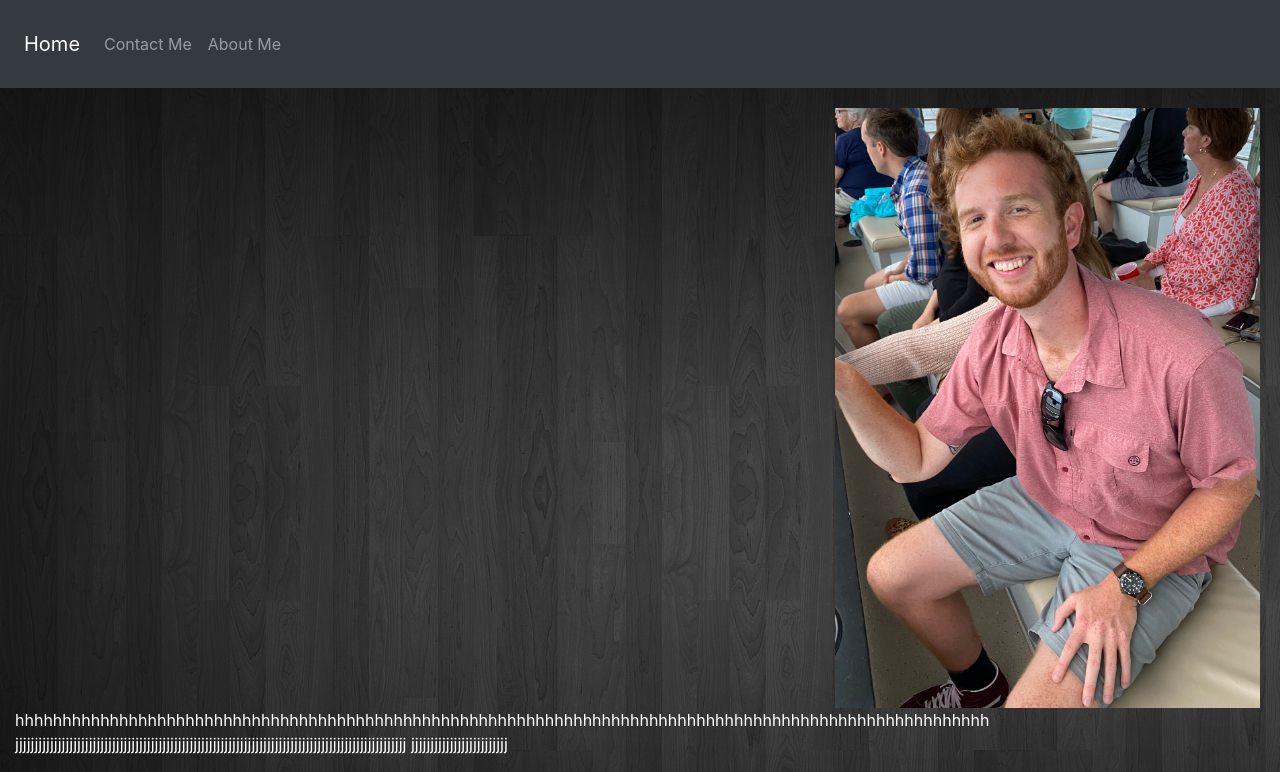
Repository: dupbd/portfolioWebPage
Page: BensSite/src/main/resources/static/aboutMe.html
An editor plug-in stored every save of this project. The page is shown before and after the next save, followed by the edit.
The browser window is 1280 px wide. The pictures show the whole page.

Above is the page before, as saved 2021-02-04 01:32:07.

### BensSite/src/main/resources/static/aboutMe.html
<!DOCTYPE html>
<html>
<head>
	<title>Ben Dupont</title>
	<link rel="stylesheet" href="style.css">
	<link rel="stylesheet" href="https://cdn.jsdelivr.net/npm/bootstrap@4.5.3/dist/css/bootstrap.min.css" integrity="sha384-TX8t27EcRE3e/ihU7zmQxVncDAy5uIKz4rEkgIXeMed4M0jlfIDPvg6uqKI2xXr2" crossorigin="anonymous">
</head>
<body>

	<nav class="navbar navbar-expand-lg navbar-dark bg-dark p-4">
  <button class="navbar-toggler" type="button" data-toggle="collapse" data-target="#navbarTogglerDemo03" aria-controls="navbarTogglerDemo03" aria-expanded="false" aria-label="Toggle navigation">
    <span class="navbar-toggler-icon"></span>
  </button>
  <a class="navbar-brand" href="index.html">Home</a>

  <div class="collapse navbar-collapse" id="navbarTogglerDemo03">
    <ul class="navbar-nav mr-auto mt-2 mt-lg-0">
      <li class="nav-item">
        <a class="nav-link" href="contact.html">Contact Me<span class="sr-only">(current)</span></a>
      </li>
      <li class="nav-item">
        <a class="nav-link" href="aboutMe.html">About Me</a>
      </li>
    </ul>
  </div>
</nav>

<img class="me" src="me.jpeg" alt="It's Me" width="425" height="600" style="margin-right:20px; margin-top:20px; float:right;">

<p class="aboutme"><br><br><br>hhhhhhhhhhhhhhhhhhhhhhhhhhhhhhhhhhhhhhhhhhhhhhhhhhhhhhhhhhhhhhhhhhhhhhhhhhhhhhhhhhhhhhhhhhhhhhhhhhhhhhh
jjjjjjjjjjjjjjjjjjjjjjjjjjjjjjjjjjjjjjjjjjjjjjjjjjjjjjjjjjjjjjjjjjjjjjjjjjjjjjjjjjjjjjjjjjjjjjjjjjjjj
jjjjjjjjjjjjjjjjjjjjjjjjj</p>


</body>

</html>

### BensSite/src/main/resources/static/style.css
#resume {
	 display: block;
  margin-left: auto;
  margin-right: auto;

}
.card {
	margin-left: 100px;
	margin-top: 0px;
	margin-bottom: 50px;

	}


body {
	background-image: url("background.jpg") !important;
	overflow: auto;
	}

.jumbotron {
	background: none !important;
	margin-bottom: 0px !important;
	}

.lead {
	color: lightgrey;
	}

.display-4 {
	color: white;
	}

.aboutme {
	color: white;
	margin-left: 15px;
	}

After the next save:
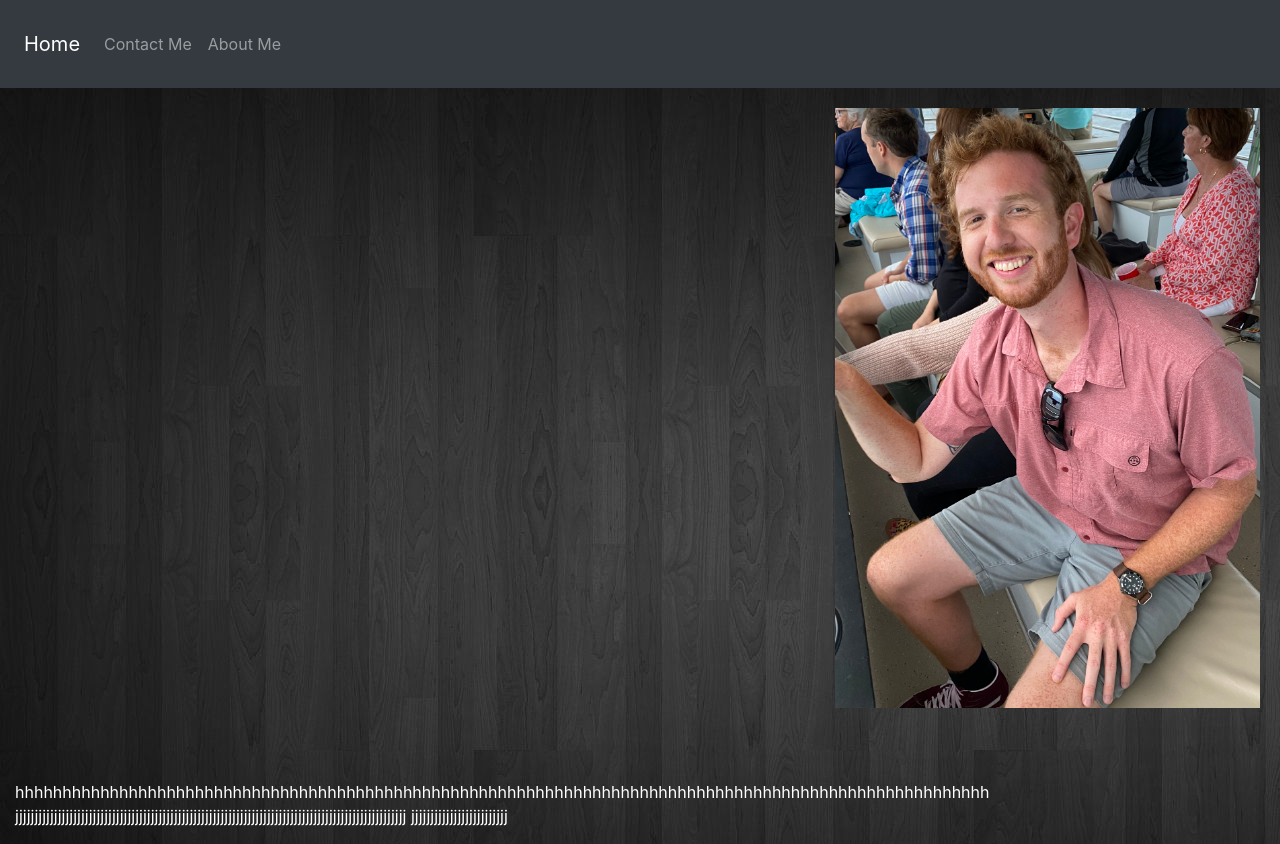
Saved 23 s later.
--- a/BensSite/src/main/resources/static/aboutMe.html
+++ b/BensSite/src/main/resources/static/aboutMe.html
@@ -27,7 +27,7 @@
 
 <img class="me" src="me.jpeg" alt="It's Me" width="425" height="600" style="margin-right:20px; margin-top:20px; float:right;">
 
-<p class="aboutme"><br><br><br>hhhhhhhhhhhhhhhhhhhhhhhhhhhhhhhhhhhhhhhhhhhhhhhhhhhhhhhhhhhhhhhhhhhhhhhhhhhhhhhhhhhhhhhhhhhhhhhhhhhhhhh
+<p class="aboutme" style="float:right;"><br><br><br>hhhhhhhhhhhhhhhhhhhhhhhhhhhhhhhhhhhhhhhhhhhhhhhhhhhhhhhhhhhhhhhhhhhhhhhhhhhhhhhhhhhhhhhhhhhhhhhhhhhhhhh
 jjjjjjjjjjjjjjjjjjjjjjjjjjjjjjjjjjjjjjjjjjjjjjjjjjjjjjjjjjjjjjjjjjjjjjjjjjjjjjjjjjjjjjjjjjjjjjjjjjjjj
 jjjjjjjjjjjjjjjjjjjjjjjjj</p>
 
